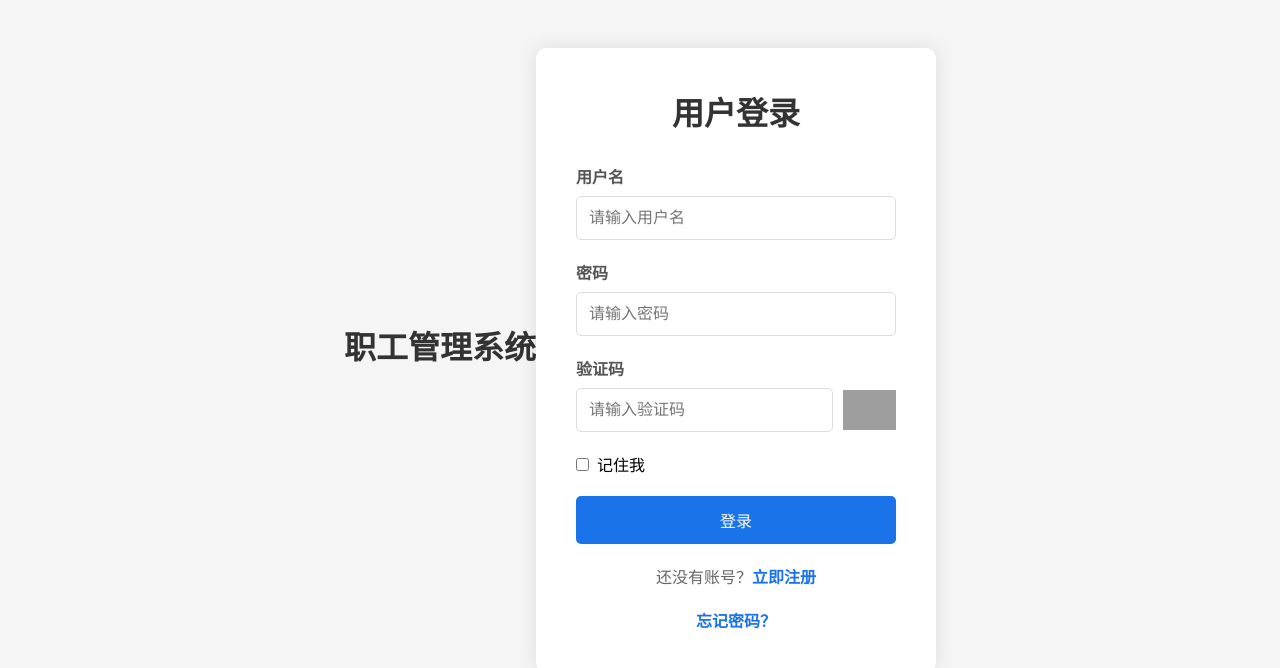
Repository: Jiege005/mytest-software-project
Page: mytest/WebContent/login.html
These files come from the project's save history. The page is drawn as it stood at one moment and after the next save; the edit follows.
The browser window is 1280 px wide. The pictures show the whole page.
Pictures or frames that could not be fetched are drawn as grey boxes.

Above is the page before, as saved 2025-06-18 13:54:03.

After the next save:
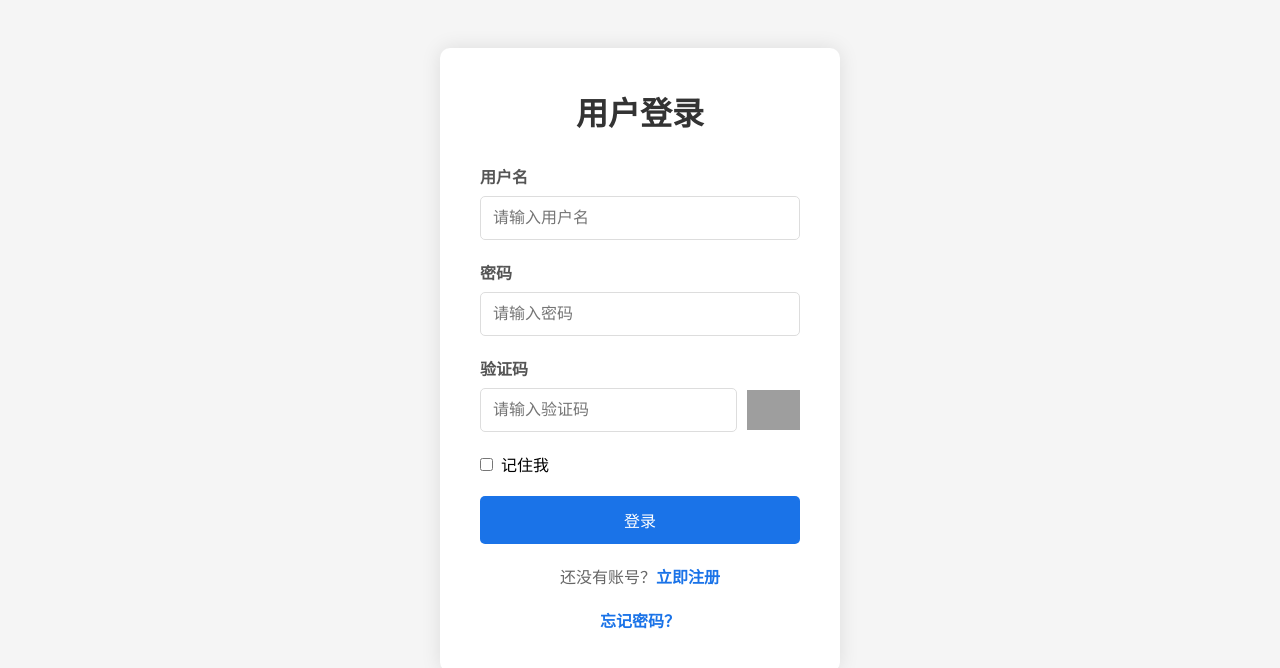
Saved 18 s later.
--- a/mytest/WebContent/login.html
+++ b/mytest/WebContent/login.html
@@ -108,15 +108,6 @@
     </style>
 </head>
 <body>
-	<!-- Header -->
-    <header>
-        <div class="header-container">
-            <div class="logo">
-                <i class="fas fa-users logo-icon"></i>
-                <h1>职工管理系统</h1>
-            </div>
-        </div>
-    </header>
     <div class="container">
         <div class="form-container">
             <h1>用户登录</h1>
